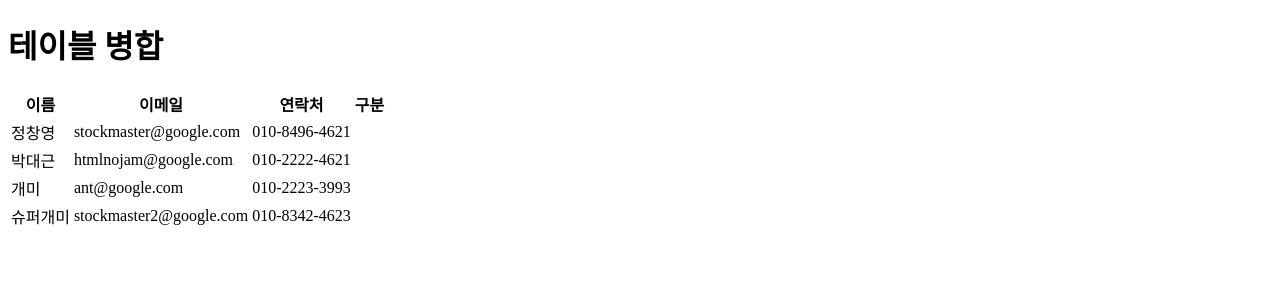
Repository: keeka2/webPractice
Page: MyStudy/HTML_Study/work/0821/WebContent/ex5_table.html
These files come from the project's save history. The page is drawn as it stood at one moment and after the next save; the edit follows.
The browser window is 1280 px wide. The pictures show the whole page.

Above is the page before, as saved 2020-08-21 05:55:41.

### MyStudy/HTML_Study/work/0821/WebContent/ex5_table.html
<!DOCTYPE html>
<html>
<head>
<meta charset="UTF-8">
<title>Insert title here</title>
</head>

<style>
	table: 500px;
	border: 1px solid black;
	border-collapse: collapse;
</style>
<body>
	<header>
		<h1>테이블 병합<h1/>
	</header>
	<article><!-- 현재문서의 본문 -->
		<div>
			<table>
				<tbody>
					<tr>
						<td>정창영</td>
						<td>stockmaster@google.com</td>
						<td>010-8496-4621</td>
						<td></td>
					</tr>
					<tr>
						<td>박대근</td>
						<td>htmlnojam@google.com</td>
						<td>010-2222-4621</td>
						<td></td>
					</tr>
					<tr>
						<td>개미</td>
						<td>ant@google.com</td>
						<td>010-2223-3993</td>
						<td></td>
					</tr>
					<tr>
						<td>슈퍼개미</td>
						<td>stockmaster2@google.com</td>
						<td>010-8342-4623</td>
						<td></td>
					</tr>
				</tbody>
				<thead>
					<tr>
						<th>이름</th>
						<th>이메일</th>
						<th>연락처</th>
						<th>구분</th>
					</tr>
				</thead>
			</table>
		</div>
	</article>
</body>
</html>

After the next save:
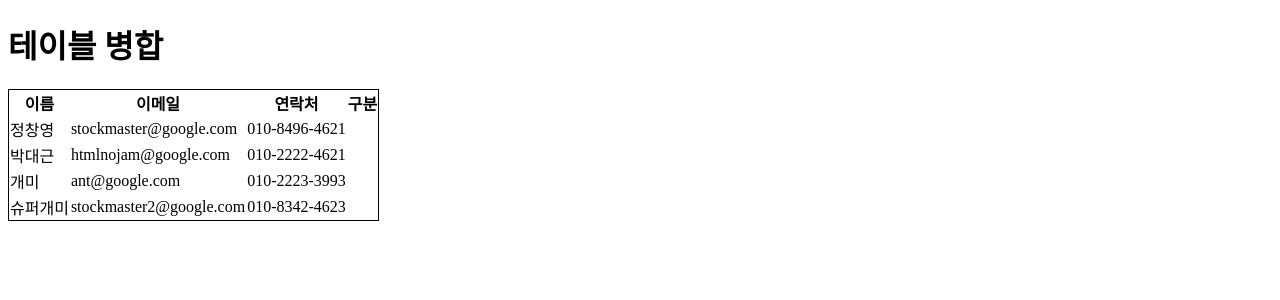
Saved 20 s later.
--- a/MyStudy/HTML_Study/work/0821/WebContent/ex5_table.html
+++ b/MyStudy/HTML_Study/work/0821/WebContent/ex5_table.html
@@ -6,9 +6,11 @@
 </head>
 
 <style>
+table{
 	table: 500px;
 	border: 1px solid black;
 	border-collapse: collapse;
+	}
 </style>
 <body>
 	<header>
